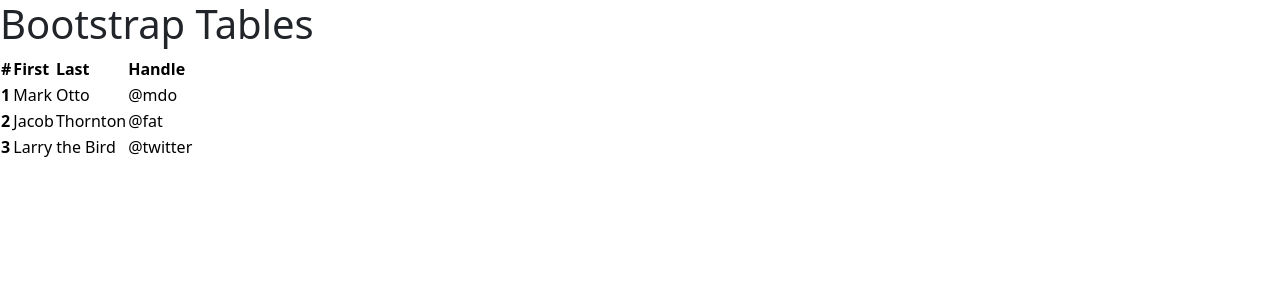
Repository: arunyerram/Web-TEChnologies
Page: BootstrapTables.html
These files come from the project's save history. The page is drawn as it stood at one moment and after the next save; the edit follows.
The browser window is 1280 px wide. The pictures show the whole page.

Above is the page before, as saved 2025-02-21 12:11:42.

After the next save:
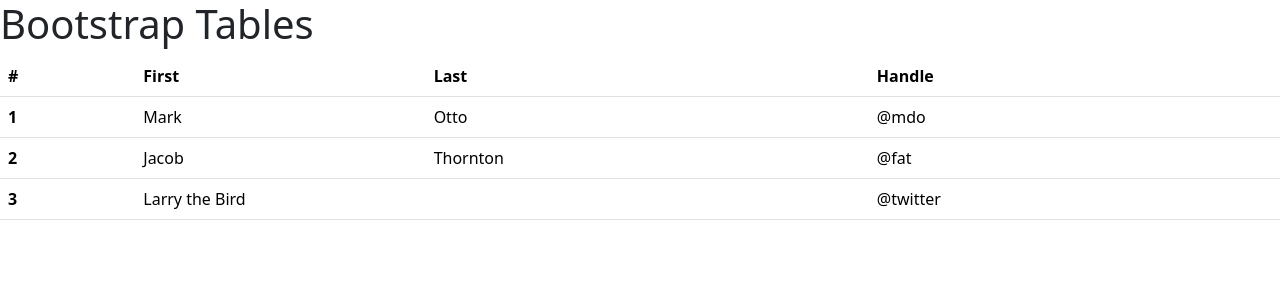
Saved 29 s later.
--- a/BootstrapTables.html
+++ b/BootstrapTables.html
@@ -10,7 +10,7 @@
 </head>
 <body>
     <h1>Bootstrap Tables</h1>
-    <table class="table-success">
+    <table class="table">
         <thead>
           <tr>
             <th scope="col">#</th>

After the save that followed:
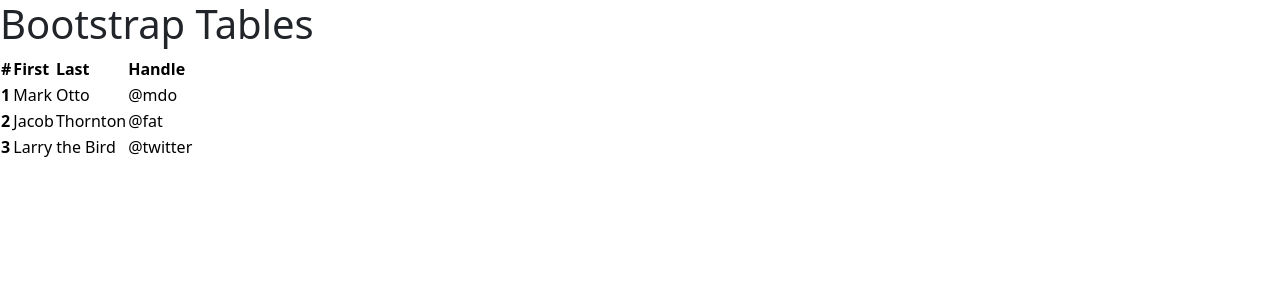
Saved 26 s later.
--- a/BootstrapTables.html
+++ b/BootstrapTables.html
@@ -10,7 +10,7 @@
 </head>
 <body>
     <h1>Bootstrap Tables</h1>
-    <table class="table">
+    <table class="table-primary">
         <thead>
           <tr>
             <th scope="col">#</th>
